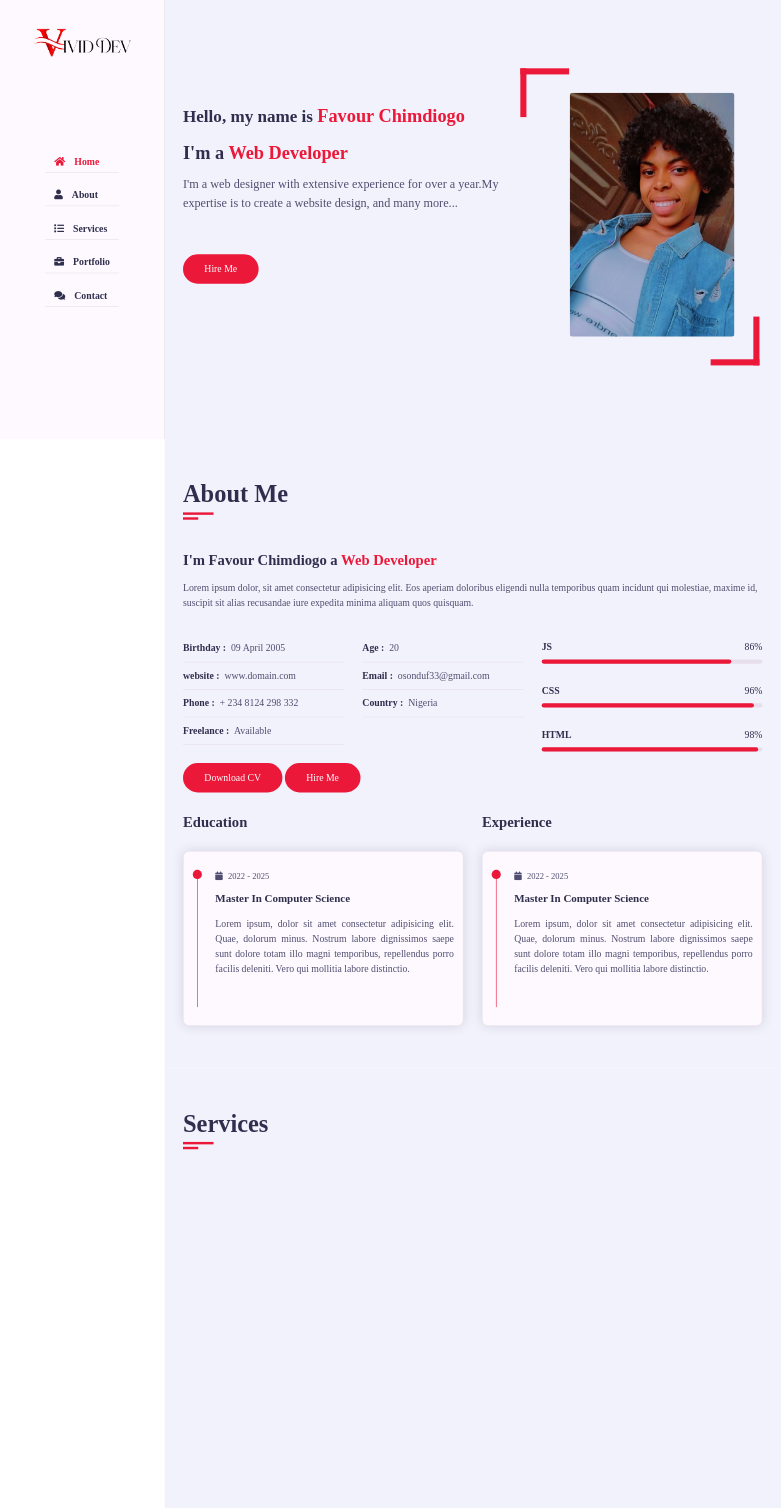
Repository: Big-Fave1/vivid-dev-portfolio
Page: build/index.html
An editor plug-in stored every save of this project. The page is shown before and after the next save, followed by the edit.
The browser window is 1280 px wide. The pictures show the whole page, at 61% of full size.
Some web fonts or font styles are not loaded; a fallback is used.

Above is the page before, as saved 2025-05-30 15:55:24.

### build/index.html
<!DOCTYPE html>
<html lang="en">
<head>
    <meta charset="UTF-8">
    <meta name="viewport" content="width=device-width, initial-scale=1.0">
    <title>Vivid Dev Portfolio</title>
    <link rel="stylesheet" href="css/style.css">
    <link rel="stylesheet" href="css/color-1.css">
    <link rel="stylesheet" href="https://cdnjs.cloudflare.com/ajax/libs/font-awesome/5.15.4/css/all.min.css">
</head>
<body>
    <!--- ==== main container Start==== -->
    <div class="main-container"></div>
    <!--- ==== Aside Start === -->
    <div class="aside">
        <div class="logo">
        <a href="#"><img src="img/vivid 3.png" alt=""></a>
        </div>
        <div class="nav-toggler">
            <i class="fa fa-bars" aria-hidden="true"></i>
        </div>
        <ul class="nav">
            <li><a href="#" class="active"><i class="fa fa-home"></i>Home</a></li>
            <li><a href="#"><i class="fa fa-user"></i>About</a></li>
            <li><a href="#"><i class="fa fa-list"></i>Services</a></li>
            <li><a href="#"><i class="fa fa-briefcase"></i>Portfolio</a></li>
            <li><a href="#"><i class="fa fa-comments"></i>Contact</a></li>
        </ul>
    </div>
    <!--- ==== Aside End === -->
    <!--- ==== Main content Start === -->
    <div class="main-content">
        <!--- === Home Section Start === -->
        <section class="home section">
            <div class="container">
                <div class="row">
                    <div class="home-info padd-15">
                        <h3 class="hello">Hello, my name is <span class="name">Favour Chimdiogo</span></h3>
                        <h3 class="my-profession">I'm a <Span class="typing">Web Developer</Span></h3>
                        <p>I'm a web designer with extensive experience for over a year.My expertise is to create a website design, and many more...</p>
                    <a href="#contact" class="btn hire-me">Hire Me</a>
                    </div>
                    <div class="home-img padd-15">
                        <img src="img/home image.jpg" alt="">
                    </div>
                </div>
            </div>
        </section>
    <!--- === Home Section End === -->
    <!--- === About  Section Start === -->
        <section class="about section">
            <div class="container">
                <div class="row">
                    <div class="section-title padd-15">
                        <h2>About Me</h2>
                    </div>
                </div>
                <div class="row">
                    <div class="about-content padd-15">
                        <div class="row">
                            <div class="about-text padd-15">
                                <h3>I'm Favour Chimdiogo a <span>Web Developer</span></h3>
                                <p>Lorem ipsum dolor, sit amet consectetur adipisicing elit. Eos aperiam doloribus eligendi nulla temporibus quam incidunt qui molestiae, maxime id, suscipit sit alias recusandae iure expedita minima aliquam quos quisquam.</p>
                            </div>
                        </div>
                        <div class="row">
                            <div class="personal-info padd-15">
                                <div class="row">
                                    <div class="info-item padd-15">
                                        <p>Birthday : <span>09 April 2005</span></p>
                                    </div>
                                    <div class="info-item padd-15">
                                        <p>Age : <span>20</span></p>
                                    </div>
                                    <div class="info-item padd-15">
                                        <p>website : <span>www.domain.com</span></p>
                                    </div>
                                    <div class="info-item padd-15">
                                        <p>Email : <span>osonduf33@gmail.com</span></p>
                                    </div>
                                    <div class="info-item padd-15">
                                        <p>Phone : <span>+ 234 8124 298 332</span></p>
                                    </div>
                                    <div class="info-item padd-15">
                                        <p>Country : <span>Nigeria</span></p>
                                    </div>
                                    <div class="info-item padd-15">
                                        <p>Freelance : <span>Available</span></p>
                                    </div>
                                </div>
                                <div class="row">
                                    <div class="buttons padd-15">
                                        <a href="#" class="btn">Download CV</a>
                                        <a href="#contact" class="btn hire-me padd-15">Hire Me</a>
                                    </div>
                                </div>
                            </div>
                            <div class="skills padd-15">
                                <div class="row">
                                    <div class="skill-item  padd-15">
                                        <h5>JS</h5>
                                        <div class="progress">
                                            <div class="progress-in" style="width: 86%;"></div>
                                            <div class="skill-percent">86%</div>
                                        </div>
                                    </div>
                                    <div class="skill-item  padd-15">
                                        <h5>CSS</h5>
                                        <div class="progress">
                                            <div class="progress-in" style="width: 96%;"></div>
                                            <div class="skill-percent">96%</div>
                                        </div>
                                    </div>
                                    <div class="skill-item  padd-15">
                                        <h5>HTML</h5>
                                        <div class="progress">
                                            <div class="progress-in" style="width: 98%;"></div>
                                            <div class="skill-percent">98%</div>
                                        </div>
                                    </div>
                                </div>
                            </div>
                        </div>
                        <div class="row">
                            <div class="education padd-15">
                                <h3 class="title">Education</h3>
                                <div class="row">
                                    <div class="timeline-box padd-15">
                                        <div class="timeline shadow-dark">
                                            <!-- ===== timeline item ==== -->
                                             <div class="timeline-item">
                                                <div class="circle-dot"></div>
                                                <h3 class="timeline-date">
                                                    <i class="fa fa-calendar"></i> 2022 - 2025
                                                </h3>
                                                <h4 class="timeline-title">Master in computer Science</h4>
                                                <p class="timeline-text">Lorem ipsum, dolor sit amet consectetur adipisicing elit. Quae, dolorum minus. Nostrum labore dignissimos saepe sunt dolore totam illo magni temporibus, repellendus porro facilis deleniti. Vero qui mollitia labore distinctio.</p>
                                             </div>
                                        </div>
                                    </div>
                                </div>
                            </div>
                            <div class="experience padd-15">
                                <h3 class="title">Experience</h3>
                                <div class="row">
                                    <div class="timeline-box padd-15">
                                        <div class="timeline shadow-dark">
                                            <!-- ===== timeline item ==== -->
                                             <div class="timeline-item">
                                                <div class="circle-dot"></div>
                                                <h3 class="timeline-date">
                                                    <i class="fa fa-calendar"></i> 2022 - 2025
                                                </h3>
                                                <h4 class="timeline-title">Master in computer Science</h4>
                                                <p class="timeline-text">Lorem ipsum, dolor sit amet consectetur adipisicing elit. Quae, dolorum minus. Nostrum labore dignissimos saepe sunt dolore totam illo magni temporibus, repellendus porro facilis deleniti. Vero qui mollitia labore distinctio.</p>
                                             </div>
                                        </div>
                                    </div>
                                </div>
                            </div>
                        </div>
                    </div>
                </div>
            </div>
        </section>
    <!--- === About  Section End === -->
    <!--- === Services Section Start === -->
        <section class="service section">
            <div class="container">
                <div class="row">
                    <div class="section-title padd-15">
                        <h2>Services</h2>
                    </div>
                </div>
            </div>

        </section>
    <!--- === Services Section End === -->
    </div>
    <!--- ==== Main content End === -->
    <!--- ====main container End === -->
</body>
</html>

### build/css/style.css

@import url('https://fonts.googleapis.com/css2?family=Clicker+Script&family=Poppins:ital,wght@0,100;0,200;0,300;0,400;0,500;0,600;0,700;0,800;0,900;1,100;1,200;1,300;1,400;1,500;1,600;1,700;1,800;1,900&display=swap');

:root
{
    --bg-black-900:#f2f2fc;
    --bg-black-100:#fdf9ff;
    --bg-black-50:#e8dfec;
    --text-black-900:#302e4d;
    --text-black-700:#504e70;

}

body
{
    line-height:1.5;
    font-size:16px;
    font-family: 'Poppins'sans-serif;
}

*
{
    margin: 0;
    padding: 0;
    outline: none;
    text-decoration: none;
    text-decoration: none;
    box-sizing: border-box;
}
::before, ::after
{
    box-sizing: border-box;
}
ul
{
    list-style: none;
}
.section
{
    background:var(--bg-black-900);
    min-height: 100vh;
    display: block;
    padding: 0 30px;
    opacity: 1;
}
.hidden
{
    display: none !important;
}
.main-content
{
    padding-left: 270px;
}
.padd-15
{
    padding-left: 15px;
    padding-right: 15px;
}
.container{
    max-width: 1100px;
    width: 100%;
    margin: auto;
}
.section .container
{
    padding-top: 60px;
    padding-bottom: 70px;

}
.section-title
{
    flex: 0 0 100%;
    max-width: 100%;
    margin-bottom: 60px;

}
.section-title h2
{
    font-size: 40px;
    color: var(--text-black-900);
    font-weight: 700;
    position: relative;
}
.section-title h2::before
{
   content: '';
   height: 4px;
   width: 50px;
   background-color: var(--skin-color);
   position: absolute;
   top: 100%;
   left: 0;
}
.section-title h2::after
{
   content: '';
   height: 4px;
   width: 25px;
   background-color: var(--skin-color);
   position: absolute;
   top: 100%;
   left: 0;
   margin-top:8px;
}
.row
{
    display: flex;
    flex-wrap: wrap;
    margin-left: -15px;
    margin-right: -15px;
    position: relative;
}
.btn
{
    font-size: 16px;
    font-weight: 500;
    padding: 12px 35px;
    background: var(--skin-color);
    color: white;
    border: none;
    display: inline-block;
    white-space: nowrap;
    transition: all 0.3s ease;
    border-radius:40px;
}
.btn:hover
{
    transform: scale(1.05);
}
.shadow-dark
{
    box-shadow: 0 0 20px rgba(48, 46,77, 0.15);
}
/* aside */
.aside
{
width: 270px;
background:var(--bg-black-100);
position: fixed;
left: 0;
top: 0;
padding: 30px;
height: 100%;
border-right:1px solid var(--bg-black-50);
z-index: 10;
display: flex;
justify-content: center;
align-items: center;
}
.aside .logo
{
    position: absolute;
    top: -30px;
    ;
}
.aside .logo a
{
    color: var(--bg-black-900);
    font-weight: 700;
    padding: 15px 20px;
    font-size: 30px;
    position: relative;
}
/*.aside .logo a span
.aside .logo a:before
{
    content:'';
    position: absolute;
    width: 20px;
    height: 20px;
    border-bottom: 5px solid var(--skin-color);
    border-left: 5px solid var(--skin-color);
    bottom: 0;
    left: 0;

}
.aside .logo a:after
{
    content:'';
    position: absolute;
    width: 20px;
    height: 20px;
    border-top: 5px solid var(--skin-color);
    border-right: 5px solid var(--skin-color);
    top: 0;
    right: 0;

}
    */
.aside .nav-toggler
{
    height: 40px;
    width: 45px;
    border: 1px solid var(--bg-black-50);
    cursor: pointer;
    position: fixed;
    left: 300px;
    top: 20px;
    color: var(--skin-color);
    border-radius: 5px;
    background:var(--bg-black-100);
    display: none;
    align-items:center;
    justify-content: center;
}
.aside .nav
{
    margin-top: 50px;
}
.aside .nav li
{
    margin-bottom: 20px;
    display: block;
}
.aside .nav li a
{
    font-size: 16px;
    font-weight: 600;
    display: block;
    border-bottom:1px solid var(--bg-black-50);
    color:var(--text-black-900);
    padding: 5px 15px;
}
.aside .nav li a.active
{
    color:var(--skin-color);
}
.aside .nav li a i
{
    margin-right: 15px;

}
/* home*/
.home
{
    min-height: 100vh;
    display: flex;
    color: var(--text-black-900);

}
.home-info
{
    flex: 0 60%;
    max-width: 60%;
}
h3.hello
{
    font-size: 28px;
    margin: 15PX 0;
}
h3.hello span
{
    font-family: 'clicker script', cursive;
    font-size: 30px;
    font-weight: 700;
    color:var(--skin-color);
}
h3.my-profession
{
    font-size:30px;
    margin: 15px 0;
}
.typing
{
    color: var(--skin-color);
}
.home-info p
{
    margin-bottom: 70px;
    font-size: 20px;
    color: var(--text-black-700);
}
.home .home-img
{
    flex: 0 0 40%;
    max-width: 40%;
    text-align: center;
    position: relative;
}
.home-img::after
{
    content: '';
    position: absolute;
    height: 80px;
    width: 80px;
    right: 20px;
    bottom: -40px;
    border-bottom: 10px solid var(--skin-color);
    border-right: 10px solid var(--skin-color);
}
.home-img::before
{
    content: '';
    position: absolute;
    height: 80px;
    width: 80px;
    left: -20px;
    top: -40px;
    border-top: 10px solid var(--skin-color);
    border-left: 10px solid var(--skin-color);
}
.home .home-img img
{
    margin: auto;
    border-radius:5px;
    height: 400px;
}
/* About */
.about .about-content
{
    flex: 0 0 100%;
    max-width: 100%;
}
.about .about-content .about-text
{
    flex: 0 0 100%;
    max-width: 100%;
}
.about .about-content .about-text h3
{
    font-size: 24px;
    margin-bottom: 15px;
    font-weight: 700;
    color:var(--text-black-900);
}
.about .about-content .about-text h3 span
{
    color:var(--skin-color);
}
.about .about-content .about-text p
{
    font-size:16px;
    line-height: 25px;
    color: var(--text-black-700);
}
.about .about-content .personal-info
{
    flex: 0 0 60%;
    max-width: 60%;
    margin-top: 40px;
}
.about .about-content .personal-info .info-item p
{
    font-weight: 600;
    padding: 10px 0;
    font-size: 16px;
    color: var(--text-black-900);
    border-bottom: 1px solid var(--bg-black-50);
}
.about .about-content .personal-info .info-item p span
{
    font-weight: 400;
    color: var(--text-black-700);
    margin-left: 4px;
    display: inline-block;
}
.about .about-content .personal-info .info-item
{
    flex: 0 0 50%;
    max-width: 50%;
}
.about .about-content .personal-info .buttons
{
    margin-top: 30px;

}
.about .about-content .personal-info .buttons.btn
{
    margin-right: 30px;
    margin-top: 10px;

}
.about .about-content .skills
{
    flex: 0 0 40%;
    max-width: 40%;
    margin-top: 40px;
}
.about .about-content .skills .skill-item
{
    flex: 0 0 100%;
    max-width: 100%;
}
.about .about-content .skills .skill-item h5
{

    line-height: 40px;
    font-weight: 600;
    font-size: 16px;
    color: var(--text-black-900);
    text-transform: capitalize;
}
.about .about-content .skills .skill-item .progress
{
    background-color: var(--bg-black-50);
    height: 7px;
    border-radius:  4px;
    width: 100%;
    position: relative;
}
.about .about-content .skills .skill-item
{
    margin-bottom: 25px;
}
.about .about-content .skills .skill-item .progress .progress-in
{
    position: absolute;
    left: 0;
    top: 0;
    height: 100%;
    border-radius: 4px;
    background-color: var(--skin-color);
}
.about .about-content .skills .skill-item .skill-percent
{
    position: absolute;
    right: 0;
    color: var(--text-black-900);
    top: -40px;
    font-weight: 400;
    line-height: 40px;
}
.about .about-content .education,
.about .about-content .experience
{
    flex: 0 0 50%;
    max-width: 50%;
    margin-top: 30px;
}
.about .about-content h3.title
{
    font-size: 24px;
    margin-bottom: 30px;
    font-weight: 700;
    color: var(--text-black-900);
}
.about .about-content .timeline
{
   background-color: var(--bg-black-100);
   padding: 30px 15px;
   border: 1px solid  var(--bg-black-50);
   border-radius: 10px;
   width: 100%;
   position: relative;
}
.about .about-content .timeline .timeline-item
{
    position: relative;
    padding-left:  37px;
    padding-bottom: 50px;
}
.about .about-content .timeline .timeline-item::before
{
    content: '';
    width: 1px;
    position: absolute;
    height: 100%;
    left: 7px;
    top: 0;
    background-color: var(--skin-color);
}
.about .about-content .timeline .circle-dot
{
    position: absolute;
    left: 0;
    top: 0;
    height: 15px;
    width: 15px;
    border-radius: 50%;
    background-color: var(--skin-color);
}

.about .about-content .timeline .timeline-date
{
    font-weight: 400;
    font-size: 14px;
    margin-bottom: 12px;
    color: var(--text-black-700);
}
.about .about-content .timeline .timeline-date .fa
{
    margin-right: 5px;
}
.about .about-content .timeline .timeline-title
{
    font-weight: 700;
    font-size: 18px;
    margin-bottom: 15px;
    text-transform: capitalize;
    color: var(--text-black-900);
}
.about .about-content .timeline .timeline-text
{
    line-height: 25px;
    font-size: 16px;
    text-align: justify;
    color: var(--text-black-700);
}

### build/css/color-1.css

:root
{
    --skin-color:#ec1839;
}

After the next save:
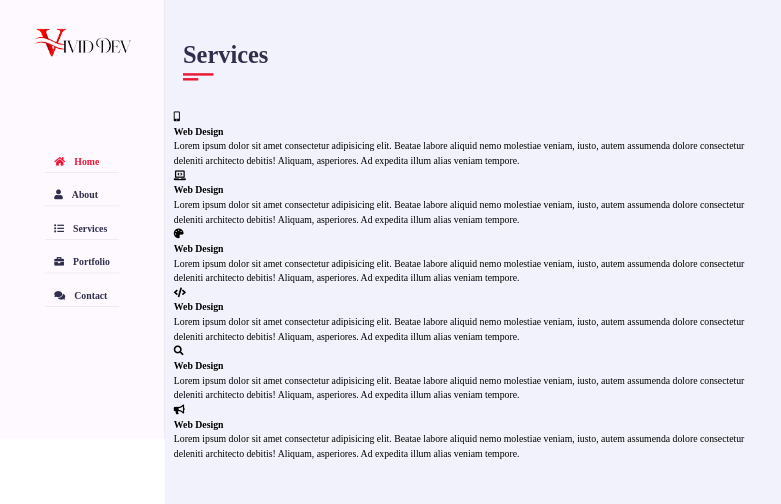
Saved 2 days later.
--- a/build/index.html
+++ b/build/index.html
@@ -31,7 +31,7 @@
     <!--- ==== Main content Start === -->
     <div class="main-content">
         <!--- === Home Section Start === -->
-        <section class="home section">
+        <section class="home section hidden">
             <div class="container">
                 <div class="row">
                     <div class="home-info padd-15">
@@ -48,7 +48,7 @@
         </section>
     <!--- === Home Section End === -->
     <!--- === About  Section Start === -->
-        <section class="about section">
+        <section class="about section hidden">
             <div class="container">
                 <div class="row">
                     <div class="section-title padd-15">
@@ -172,6 +172,74 @@
                         <h2>Services</h2>
                     </div>
                 </div>
+                <div class="row">
+                    <!--- ==== Services item Start ==== -->
+                    <div class="service-item">
+                        <div class="seervice-item-inner">
+                            <div class="icon">
+                                <i class="fa fa-mobile-alt"></i>
+                            </div>
+                            <h4>Web Design</h4>
+                            <p>Lorem ipsum dolor sit amet consectetur adipisicing elit. Beatae labore aliquid nemo molestiae veniam, iusto, autem assumenda dolore consectetur deleniti architecto debitis! Aliquam, asperiores. Ad expedita illum alias veniam tempore.</p>
+                        </div>
+                    </div>
+                    <!--- ==== Services item End ==== -->
+                    <!--- ==== Services item Start ==== -->
+                    <div class="service-item">
+                        <div class="seervice-item-inner">
+                            <div class="icon">
+                                <i class="fa fa-laptop-code"></i>
+                            </div>
+                            <h4>Web Design</h4>
+                            <p>Lorem ipsum dolor sit amet consectetur adipisicing elit. Beatae labore aliquid nemo molestiae veniam, iusto, autem assumenda dolore consectetur deleniti architecto debitis! Aliquam, asperiores. Ad expedita illum alias veniam tempore.</p>
+                        </div>
+                    </div>
+                    <!--- ==== Services item End ==== -->
+                    <!--- ==== Services item Start ==== -->
+                    <div class="service-item">
+                        <div class="seervice-item-inner">
+                            <div class="icon">
+                                <i class="fa fa-palette"></i>
+                            </div>
+                            <h4>Web Design</h4>
+                            <p>Lorem ipsum dolor sit amet consectetur adipisicing elit. Beatae labore aliquid nemo molestiae veniam, iusto, autem assumenda dolore consectetur deleniti architecto debitis! Aliquam, asperiores. Ad expedita illum alias veniam tempore.</p>
+                        </div>
+                    </div>
+                    <!--- ==== Services item End ==== -->
+                    <!--- ==== Services item Start ==== -->
+                    <div class="service-item">
+                        <div class="seervice-item-inner">
+                            <div class="icon">
+                                <i class="fa fa-code"></i>
+                            </div>
+                            <h4>Web Design</h4>
+                            <p>Lorem ipsum dolor sit amet consectetur adipisicing elit. Beatae labore aliquid nemo molestiae veniam, iusto, autem assumenda dolore consectetur deleniti architecto debitis! Aliquam, asperiores. Ad expedita illum alias veniam tempore.</p>
+                        </div>
+                    </div>
+                    <!--- ==== Services item End ==== -->
+                    <!--- ==== Services item Start ==== -->
+                    <div class="service-item">
+                        <div class="seervice-item-inner">
+                            <div class="icon">
+                                <i class="fa fa-search"></i>
+                            </div>
+                            <h4>Web Design</h4>
+                            <p>Lorem ipsum dolor sit amet consectetur adipisicing elit. Beatae labore aliquid nemo molestiae veniam, iusto, autem assumenda dolore consectetur deleniti architecto debitis! Aliquam, asperiores. Ad expedita illum alias veniam tempore.</p>
+                        </div>
+                    </div>
+                    <!--- ==== Services item End ==== -->
+                    <!--- ==== Services item Start ==== -->
+                    <div class="service-item">
+                        <div class="seervice-item-inner">
+                            <div class="icon">
+                                <i class="fa fa-bullhorn"></i>
+                            </div>
+                            <h4>Web Design</h4>
+                            <p>Lorem ipsum dolor sit amet consectetur adipisicing elit. Beatae labore aliquid nemo molestiae veniam, iusto, autem assumenda dolore consectetur deleniti architecto debitis! Aliquam, asperiores. Ad expedita illum alias veniam tempore.</p>
+                        </div>
+                    </div>
+                    <!--- ==== Services item End ==== -->
+                </div>
             </div>
 
         </section>
